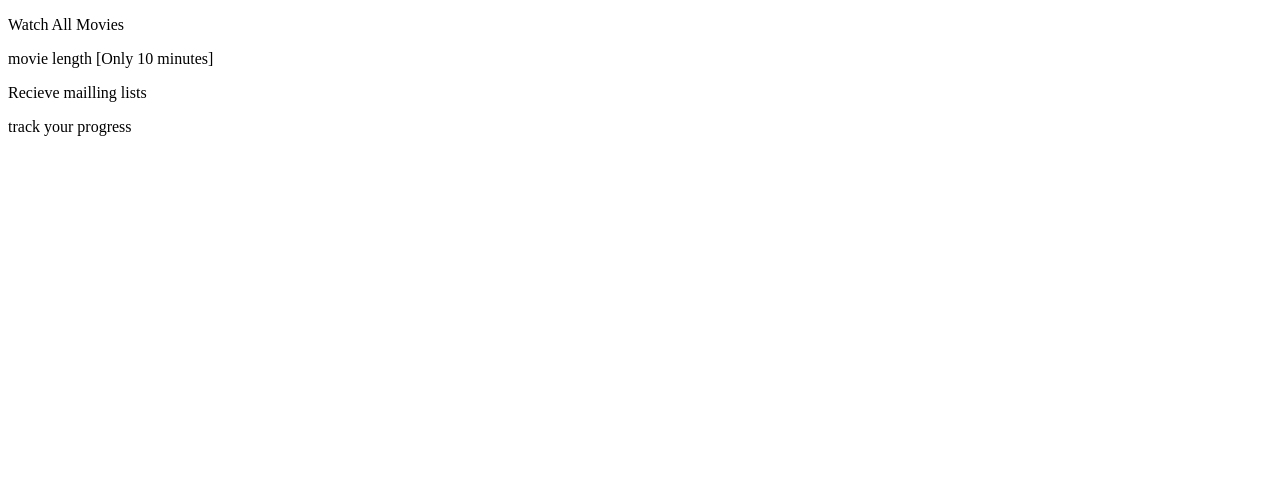
Repository: Z-ayat/Challenges
Page: Challenge 6/index.html
An editor plug-in stored every save of this project. The page is shown before and after the next save, followed by the edit.
The browser window is 1280 px wide. The pictures show the whole page.

Above is the page before, as saved 2021-09-07 17:57:14.

After the next save:
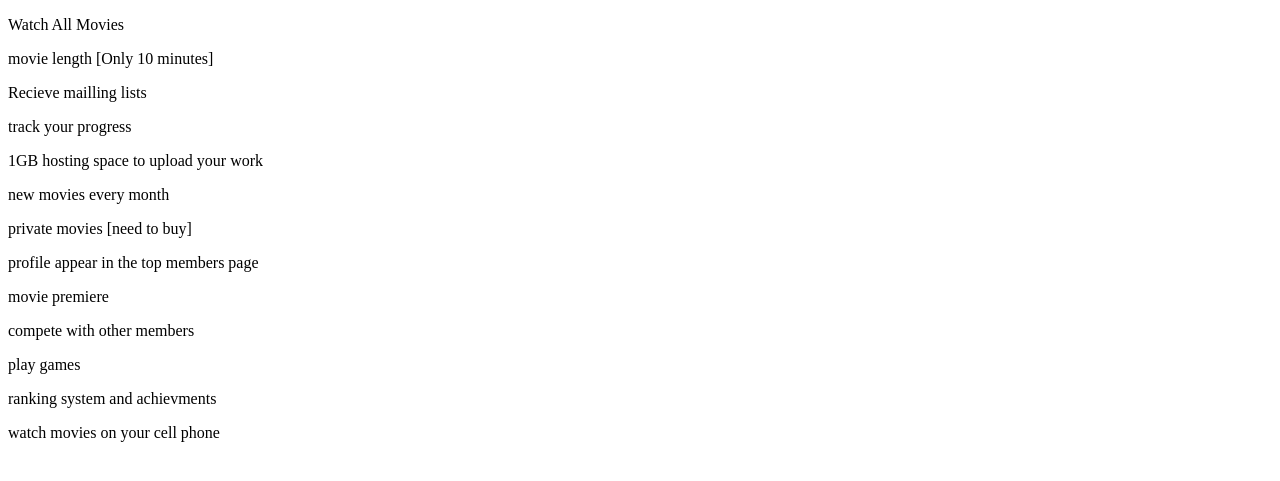
Saved 110 s later.
--- a/Challenge 6/index.html
+++ b/Challenge 6/index.html
@@ -16,15 +16,15 @@
             <p class="specs">movie length [Only 10 minutes]</p>
             <p class="specs">Recieve mailling lists</p>
             <p class="specs">track your progress</p>
-            <p class="specs"></p>
-            <p class="specs"></p>
-            <p class="specs"></p>
-            <p class="specs"></p>
-            <p class="specs"></p>
-            <p class="specs"></p>
-            <p class="specs"></p>
-            <p class="specs"></p>
-            <p class="specs"></p>
+            <p class="specs">1GB hosting space to upload your work</p>
+            <p class="specs">new movies every month</p>
+            <p class="specs">private movies [need to buy]</p>
+            <p class="specs">profile appear in the top members page</p>
+            <p class="specs">movie premiere</p>
+            <p class="specs">compete with other members</p>
+            <p class="specs">play games</p>
+            <p class="specs">ranking system and achievments</p>
+            <p class="specs">watch movies on your cell phone</p>
         </div>
         <div class="professional"></div>
 
